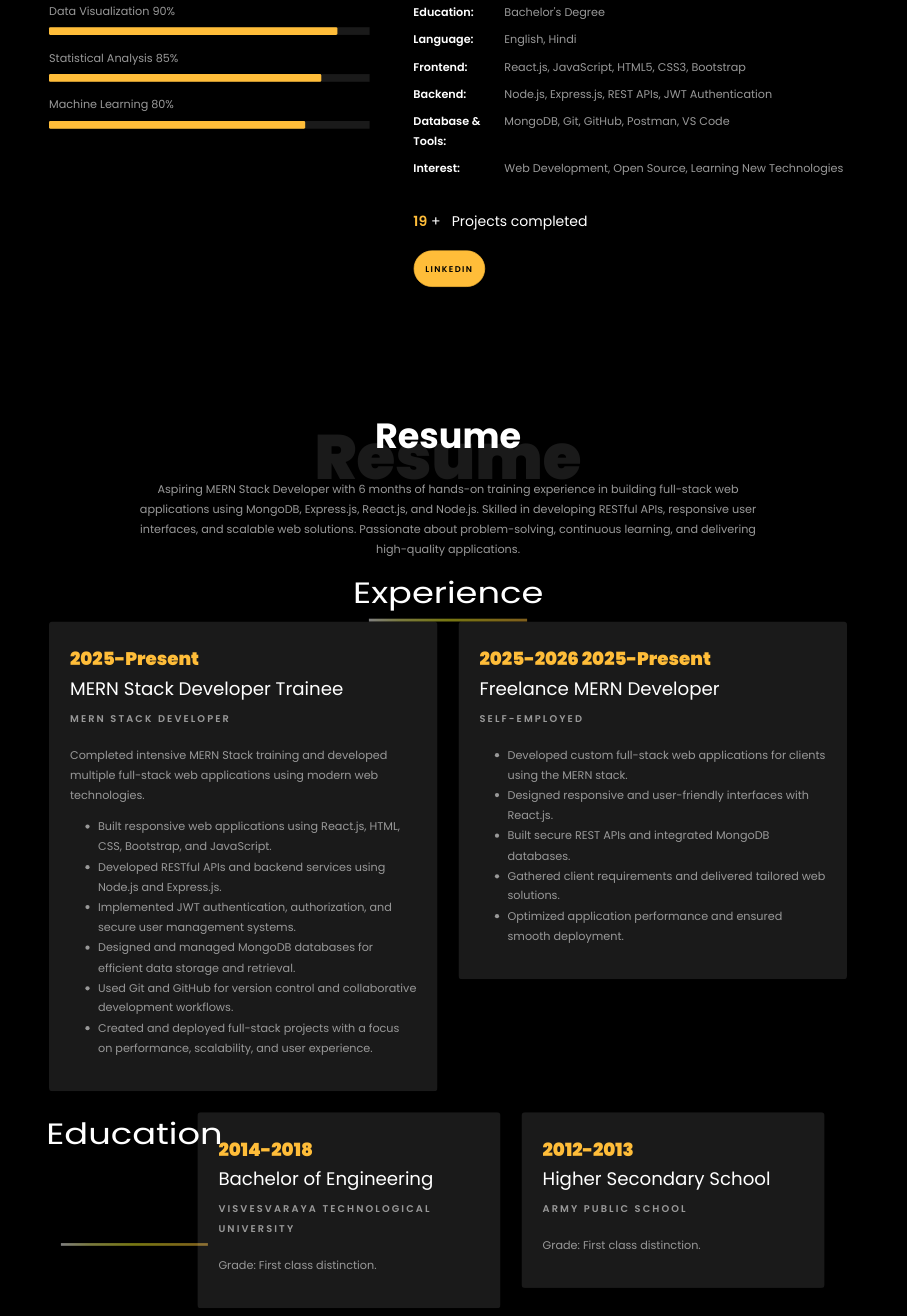
Repository: Rahul70079/Rahul-Kumar-Portfolio
Page: Portfolio/index.html
The author's editor kept a copy of each file at every save. The page is drawn from the files as they stood at one save, then again after the next save.
The browser window is 1280 px wide. The page is 1295 px wide, so the pictures cover 1295 px, including what lies to the right of the window. The pictures show the part of the page from y = 1247 to 3127 px (the page is 6371 px tall), at 70% of full size.

Above is the page before, as saved 2026-06-12 21:50:33.
Console error (its wording comes from the project's code and is left out).

After the next save:
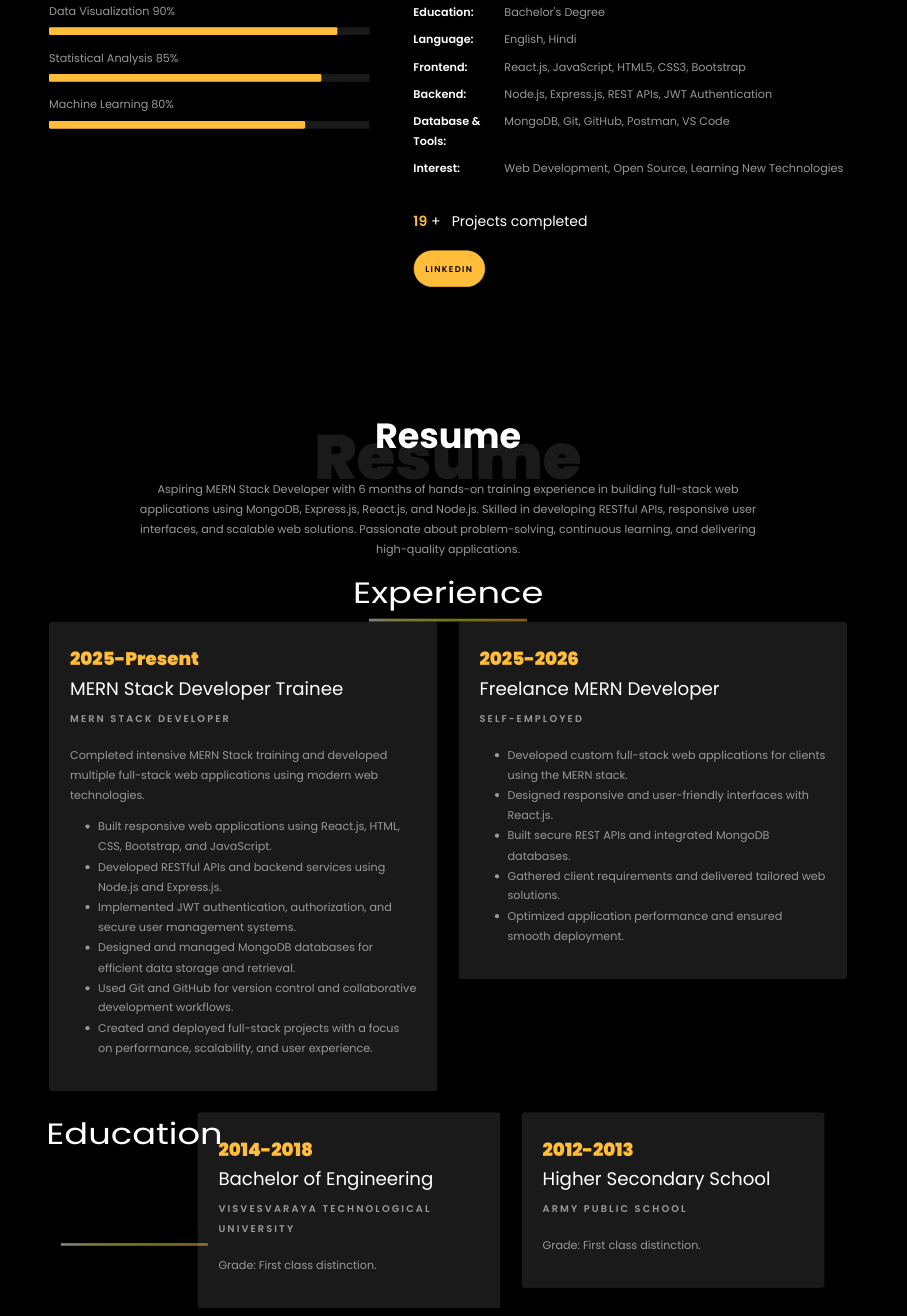
Saved 16 s later.
--- a/Portfolio/index.html
+++ b/Portfolio/index.html
@@ -343,7 +343,7 @@
 				<div class="col-md-6">
 					<div class="resume-wrap ftco-animate">
 						<span class="date">2025-2026</span>
-						<span class="date">2025-Present</span>
+
 <h2>Freelance MERN Developer</h2>
 <span class="position">Self-Employed</span>
 
